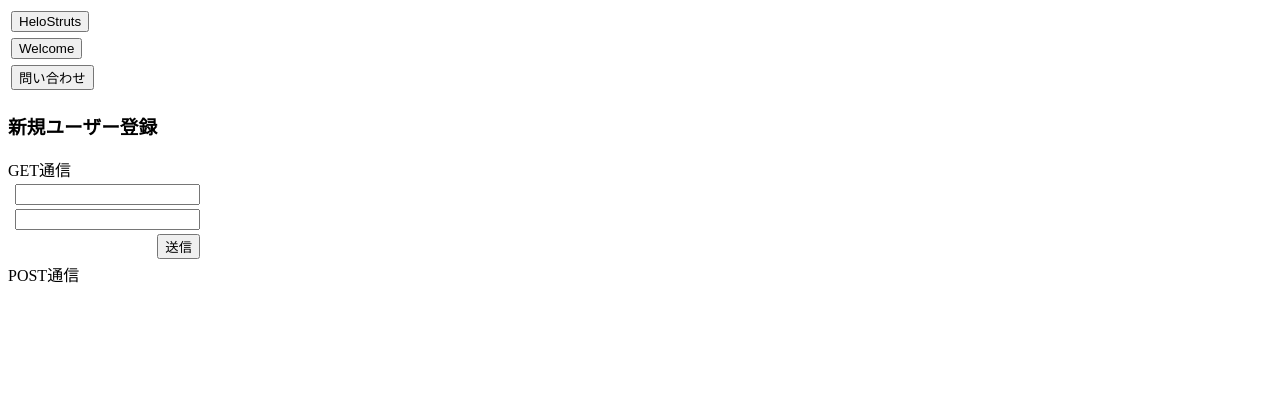
Repository: yosshy1228/WebProj
Page: http://localhost/WebProj2/
The author's editor kept a copy of each file at every save. The page is drawn from the files as they stood at one save, then again after a run of saves.
The browser window is 1280 px wide. The pictures show the whole page.
The page is served by Tomcat 9.

Above is the page before, as saved 2019-12-11 11:44:50.

After the next 2 saves:
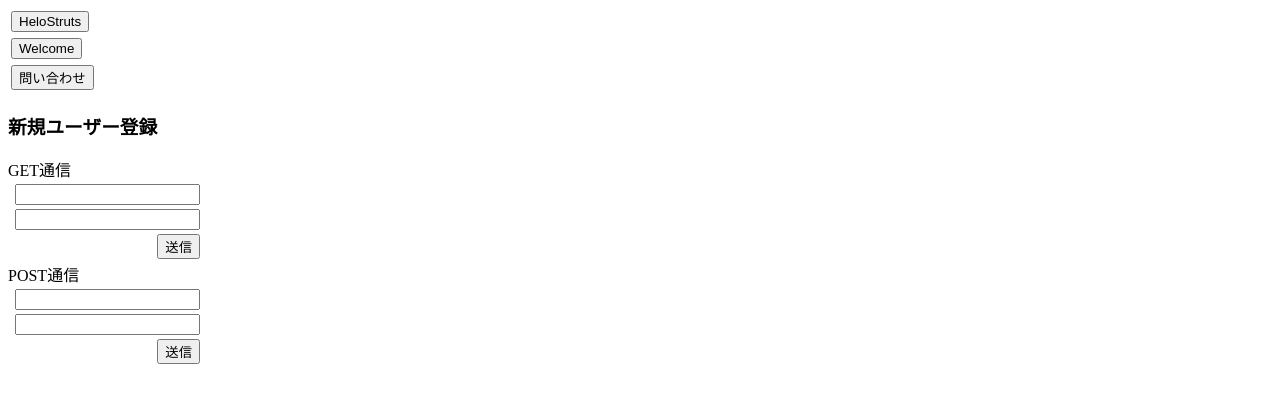
The 2 saves are shown as one change because they came seconds apart.
The last was saved 12 s later.
--- a/WebProj2/WebContent/index.jsp
+++ b/WebProj2/WebContent/index.jsp
@@ -26,9 +26,9 @@
    </s:form>
    POST通信
    <s:form method="post" action="TestAction">
-   <s;textfield name="username"/>
-   <s;password name="password"/>
-   <s;submit value="送信"/>
+   <s:textfield name="username"/>
+   <s:password name="password"/>
+   <s:submit value="送信"/>
    </s:form>
 </body>
 </html>
